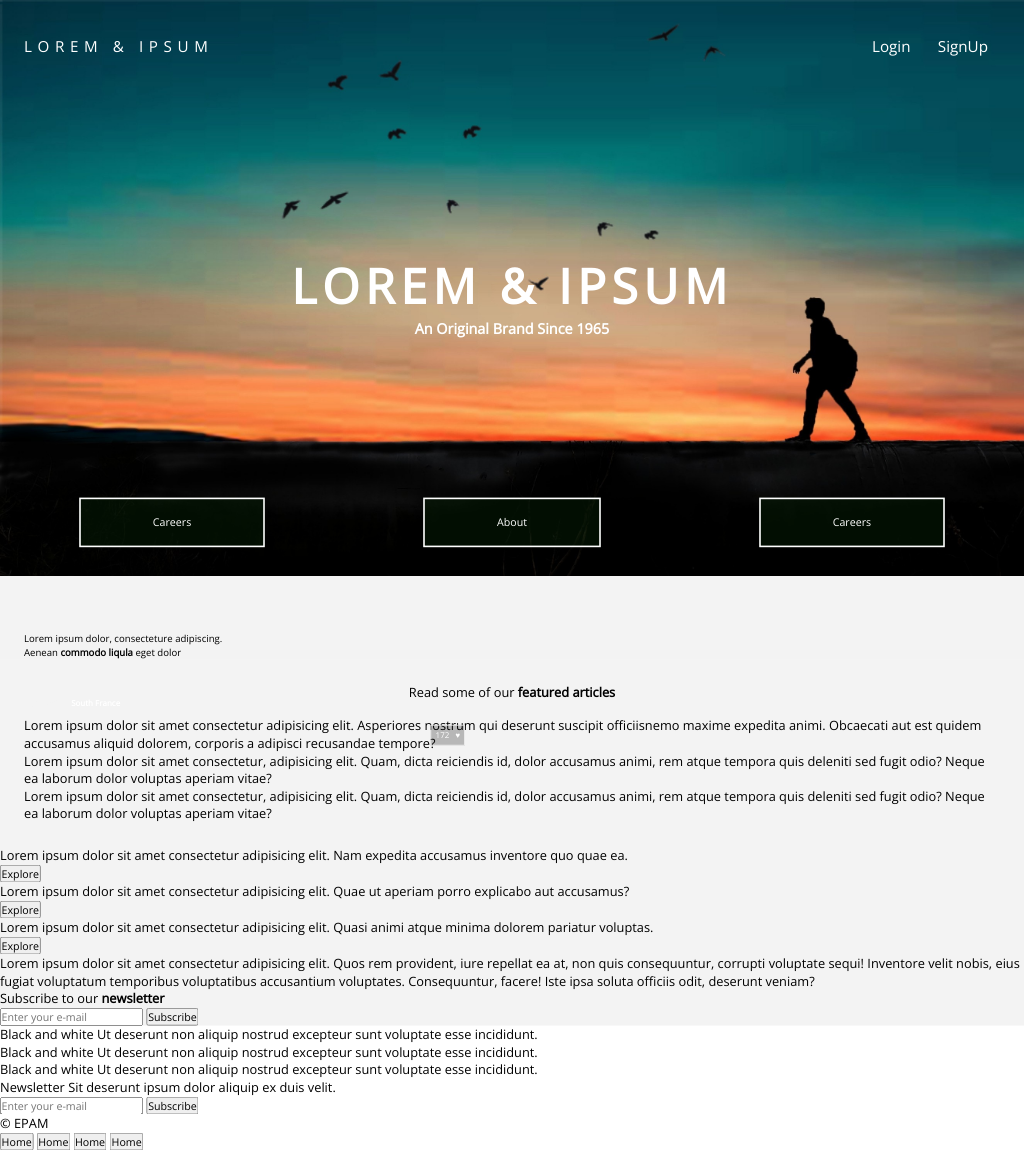
Repository: M1shkaBear/FLX
Page: FLX_homework_4/homework/index.html
The author's editor kept a copy of each file at every save. The page is drawn from the files as they stood at one save, then again after the next save.
The browser window is 1280 px wide. The pictures show the whole page, at 80% of full size.

Above is the page before, as saved 2019-01-29 23:04:55.

After the next save:
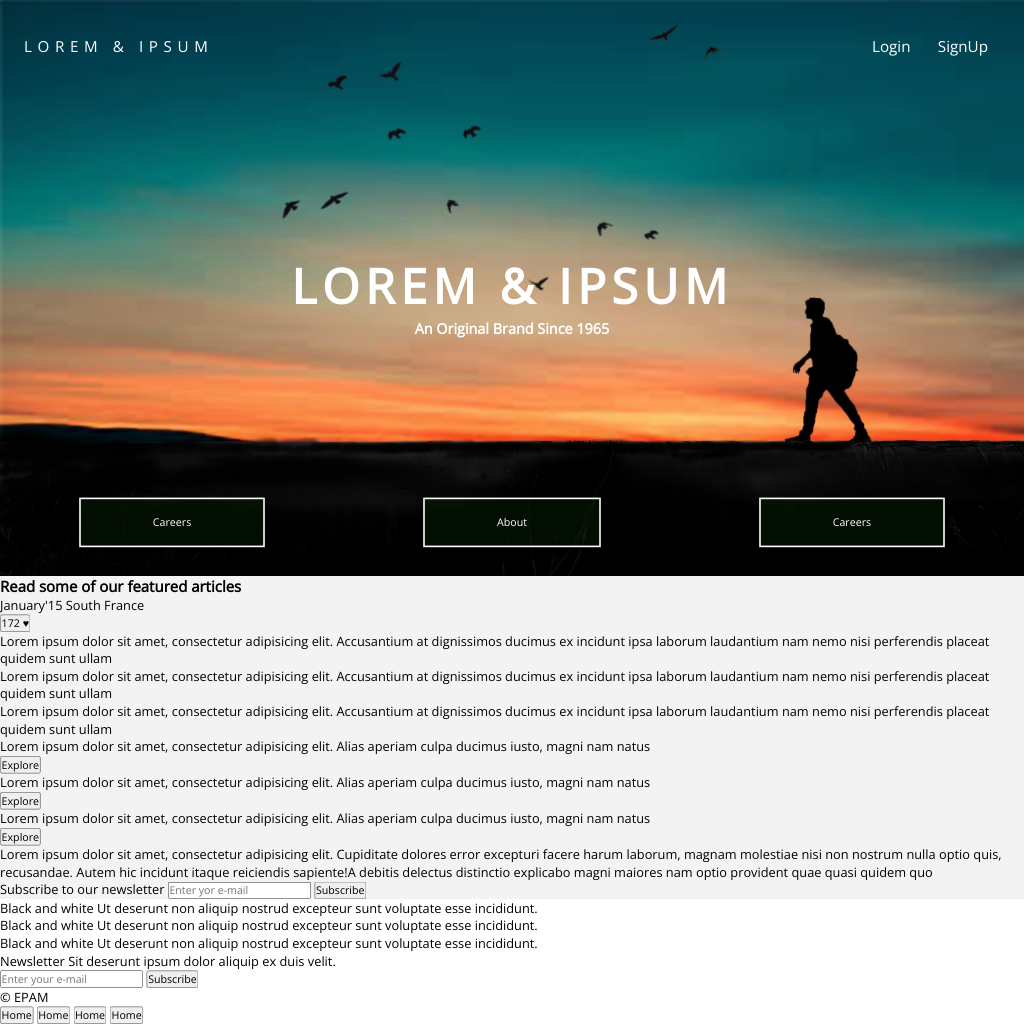
Saved 103 s later.
--- a/FLX_homework_4/homework/index.html
+++ b/FLX_homework_4/homework/index.html
@@ -34,85 +34,79 @@
     </header>
 
     <main class="main">
-      <aside class="main__aside-txt">
-        Lorem ipsum dolor, consecteture adipiscing. <br />
-        Aenean <strong>commodo liqula</strong> eget dolor
-      </aside>
-      <section class="careers">
-        <h4 class="careers__title">
-          Read some of our <b>featured articles</b>
-        </h4>
-        <article class="article flex">
-          <div class="article__img">
-            <div class="likes-box">172 <span>&#9829;</span></div>
-            <div class="img-capture">Januari'15 <span>South France</span></div>
+      <section id="article-first">
+        <h3>
+          Read some of our <span class="text-bold">featured articles</span>
+        </h3>
+        <div class="wrapper article-info">
+          <div class="article-img">
+            <p>January'15 <span class="text-bold">South France</span></p>
+            <button class="btn-like">172 &#x2665;</button>
           </div>
-          <div class="article__description flex">
+          <div class="article-text">
             <p>
-              Lorem ipsum dolor sit amet consectetur adipisicing elit.
-              Asperiores nostrum qui deserunt suscipit officiisnemo maxime
-              expedita animi. Obcaecati aut est quidem accusamus aliquid
-              dolorem, corporis a adipisci recusandae tempore?
+              Lorem ipsum dolor sit amet, consectetur adipisicing elit.
+              Accusantium at dignissimos ducimus ex incidunt ipsa laborum
+              laudantium nam nemo nisi perferendis placeat quidem sunt ullam
             </p>
             <p>
-              Lorem ipsum dolor sit amet consectetur, adipisicing elit. Quam,
-              dicta reiciendis id, dolor accusamus animi, rem atque tempora quis
-              deleniti sed fugit odio? Neque ea laborum dolor voluptas aperiam
-              vitae?
+              Lorem ipsum dolor sit amet, consectetur adipisicing elit.
+              Accusantium at dignissimos ducimus ex incidunt ipsa laborum
+              laudantium nam nemo nisi perferendis placeat quidem sunt ullam
             </p>
             <p>
-              Lorem ipsum dolor sit amet consectetur, adipisicing elit. Quam,
-              dicta reiciendis id, dolor accusamus animi, rem atque tempora quis
-              deleniti sed fugit odio? Neque ea laborum dolor voluptas aperiam
-              vitae?
+              Lorem ipsum dolor sit amet, consectetur adipisicing elit.
+              Accusantium at dignissimos ducimus ex incidunt ipsa laborum
+              laudantium nam nemo nisi perferendis placeat quidem sunt ullam
             </p>
           </div>
-        </article>
-      </section>
-      <section class="cards-box flex">
-        <div class="card flex">
-          <div class="card__body">
-            Lorem ipsum dolor sit amet consectetur adipisicing elit. Nam
-            expedita accusamus inventore quo quae ea.
-          </div>
-          <button class="btn btn--card">Explore</button>
-        </div>
-        <div class="card flex">
-          <div class="card__body">
-            Lorem ipsum dolor sit amet consectetur adipisicing elit. Quae ut
-            aperiam porro explicabo aut accusamus?
-          </div>
-          <button class="btn btn--card">Explore</button>
-        </div>
-        <div class="card flex">
-          <div class="card__body">
-            Lorem ipsum dolor sit amet consectetur adipisicing elit. Quasi animi
-            atque minima dolorem pariatur voluptas.
-          </div>
-          <button class="btn btn--card">Explore</button>
         </div>
       </section>
-      <section class="information">
-        <div class="information__txt">
-          Lorem ipsum dolor sit amet consectetur adipisicing elit. Quos rem
-          provident, iure repellat ea at, non quis consequuntur, corrupti
-          voluptate sequi! Inventore velit nobis, eius fugiat voluptatum
-          temporibus voluptatibus accusantium voluptates. Consequuntur, facere!
-          Iste ipsa soluta officiis odit, deserunt veniam?
+      <div id="article-second">
+        <div class="wrapper article-items">
+          <div class="item">
+            <p>
+              Lorem ipsum dolor sit amet, consectetur adipisicing elit. Alias
+              aperiam culpa ducimus iusto, magni nam natus
+            </p>
+            <button class="item-btn">Explore</button>
+          </div>
+          <div class="item">
+            <p>
+              Lorem ipsum dolor sit amet, consectetur adipisicing elit. Alias
+              aperiam culpa ducimus iusto, magni nam natus
+            </p>
+            <button class="item-btn">Explore</button>
+          </div>
+          <div class="item">
+            <p>
+              Lorem ipsum dolor sit amet, consectetur adipisicing elit. Alias
+              aperiam culpa ducimus iusto, magni nam natus
+            </p>
+            <button class="item-btn">Explore</button>
+          </div>
         </div>
-        <form class="subscribe flex">
-          <span> Subscribe to our <b>newsletter</b> </span>
-          <div class="flex">
-            <input
-              class="subscribe-input"
-              type="email"
-              name="email"
-              placeholder="Enter your e-mail"
-            />
-            <button type="submit" class="btn btn--subscribe">Subscribe</button>
+      </div>
+      <div id="subscribe">
+        <div class="wrapper">
+          <div class="subscribe-text">
+            <p>
+              Lorem ipsum dolor sit amet, consectetur adipisicing elit.
+              Cupiditate dolores error excepturi facere harum laborum, magnam
+              molestiae nisi non nostrum nulla optio quis, recusandae. Autem hic
+              incidunt itaque reiciendis sapiente!A debitis delectus distinctio
+              explicabo magni maiores nam optio provident quae quasi quidem quo
+            </p>
           </div>
-        </form>
-      </section>
+          <div class="subscribe-form">
+            <label
+              >Subscribe to our <span class="text-bold">newsletter</span>
+              <input type="email" placeholder="Enter yor e-mail" />
+            </label>
+            <button class="btn-subscribe">Subscribe</button>
+          </div>
+        </div>
+      </div>
     </main>
 
     <footer class="footer">
